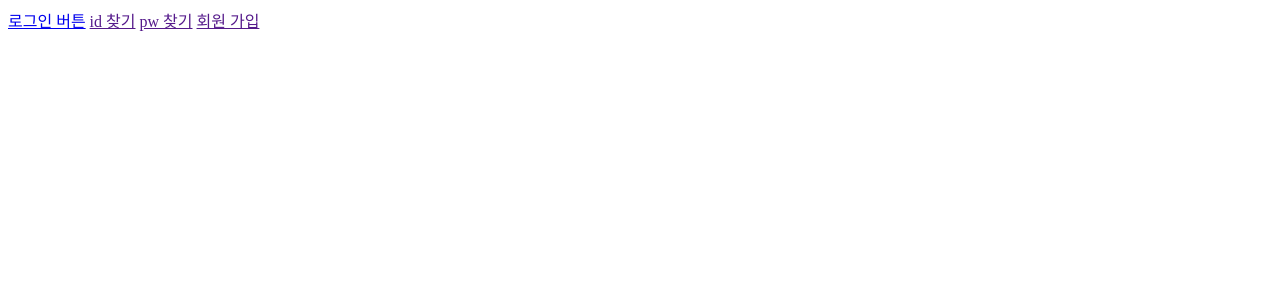
Repository: ih0615/project
Page: http://localhost/kkyochon/views/member/loginForm.jsp
These files come from the project's save history. The page is drawn as it stood at one moment and after the next save; the edit follows.
The browser window is 1280 px wide. The pictures show the whole page.
The page is served by Tomcat 9. Nobody is signed in. The application's start-up code is not run. Other server files are loaded and not shown.

Above is the page before, as saved 2020-12-04 03:17:36.

### kkyochon/WebContent/views/member/loginForm.jsp
<%@ page language="java" contentType="text/html; charset=UTF-8"
    pageEncoding="UTF-8"%>
<!DOCTYPE html>
<html>
<head>
<meta charset="UTF-8">
<title>Insert title here</title>
</head>
<body>
<a href="/member/loginProc">로그인 버튼</a>
<a href="">id 찾기</a>
<a href="">pw 찾기</a>
<a href="">회원 가입</a>
</body>
</html>

After the next save:
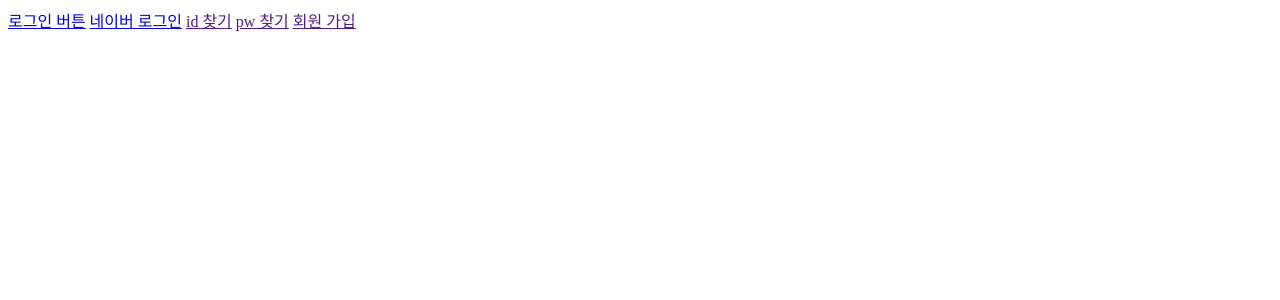
Saved 3 min 4 s later.
--- a/kkyochon/WebContent/views/member/loginForm.jsp
+++ b/kkyochon/WebContent/views/member/loginForm.jsp
@@ -8,6 +8,7 @@
 </head>
 <body>
 <a href="/member/loginProc">로그인 버튼</a>
+<a href="/member/naverLoginProc">네이버 로그인</a>
 <a href="">id 찾기</a>
 <a href="">pw 찾기</a>
 <a href="">회원 가입</a>
